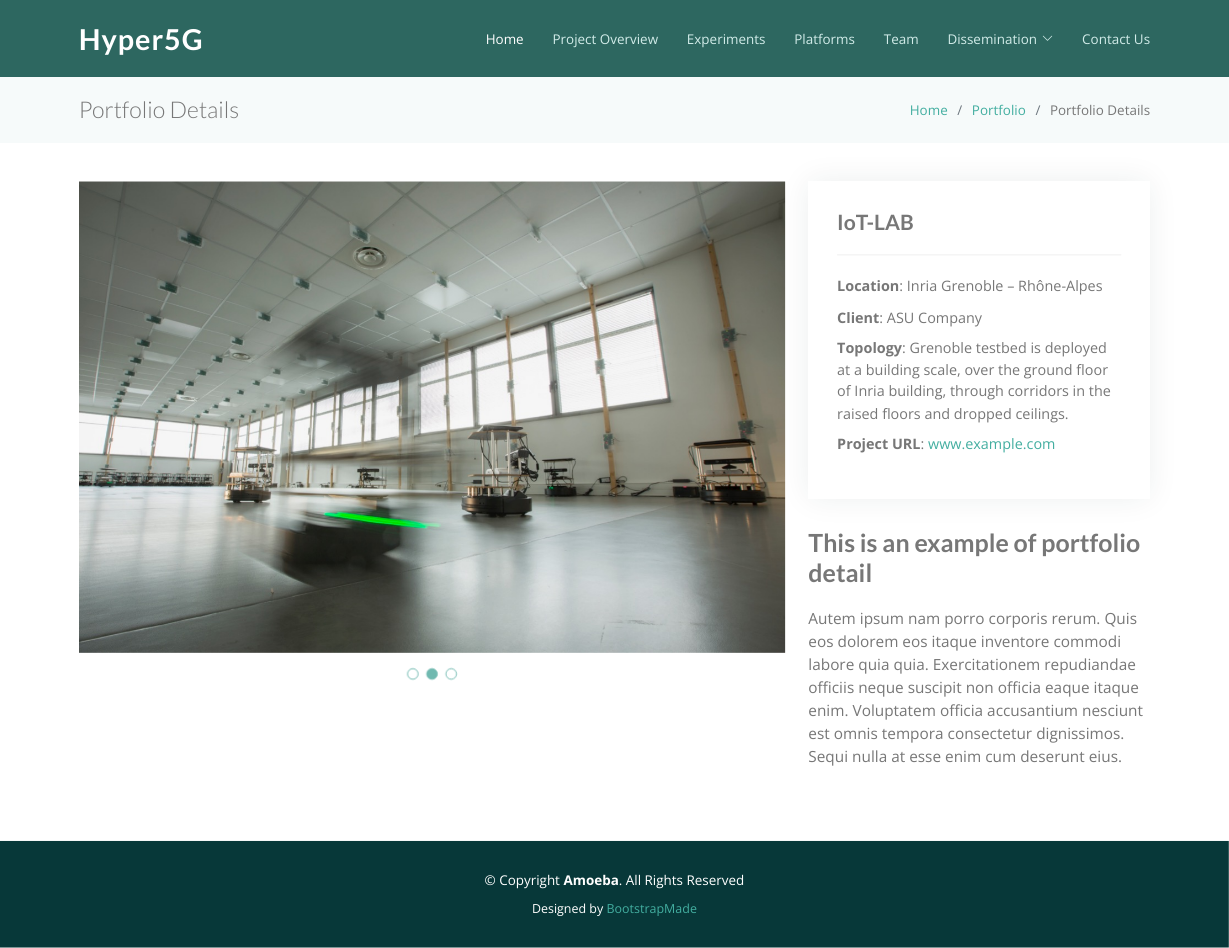
Repository: hakiri/Hyper5G
Page: portfolio-details.html
An editor plug-in stored every save of this project. The page is shown before and after the next save, followed by the edit.
The browser window is 1280 px wide. The pictures show the whole page, at 96% of full size.

Above is the page before, as saved 2022-07-23 15:27:48.

### portfolio-details.html
<!DOCTYPE html>
<html lang="en">

<head>
    <meta charset="utf-8">
    <meta content="width=device-width, initial-scale=1.0" name="viewport">

    <title>Hyper5G</title>
    <meta content="" name="description">
    <meta content="" name="keywords">

    <!-- Favicons -->
    <link href="assets/img/favicon.png" rel="icon">
    <link href="assets/img/apple-touch-icon.png" rel="apple-touch-icon">

    <!-- Google Fonts -->
    <link href="https://fonts.googleapis.com/css?family=Open+Sans:300,300i,400,400i,600,600i,700,700i|Lato:400,300,700,900" rel="stylesheet">

    <!-- Vendor CSS Files -->
    <link href="assets/vendor/bootstrap/css/bootstrap.min.css" rel="stylesheet">
    <link href="assets/vendor/bootstrap-icons/bootstrap-icons.css" rel="stylesheet">
    <link href="assets/vendor/glightbox/css/glightbox.min.css" rel="stylesheet">
    <link href="assets/vendor/swiper/swiper-bundle.min.css" rel="stylesheet">

    <!-- Template Main CSS File -->
    <link href="assets/css/style.css" rel="stylesheet">

    <!-- =======================================================
  * Template Name: Amoeba - v4.7.0
  * Template URL: https://bootstrapmade.com/free-one-page-bootstrap-template-amoeba/
  * Author: BootstrapMade.com
  * License: https://bootstrapmade.com/license/
  ======================================================== -->
</head>

<body>

    <!-- ======= Header ======= -->
    <header id="header" class="fixed-top d-flex align-items-center">
        <div class="container d-flex align-items-center">

            <div class="logo me-auto">
                <h1><a href="index.html">Hyper5G</a></h1>
                <!-- Uncomment below if you prefer to use an image logo -->
                <!-- <a href="index.html"><img src="assets/img/logo.png" alt="" class="img-fluid"></a>-->
            </div>

            <nav id="navbar" class="navbar">
                <ul>
                    <li><a class="nav-link scrollto active" href="#hero">Home</a></li>
                    <li><a class="nav-link scrollto" href="#about">Project Overview</a></li>
                    <li><a class="nav-link scrollto" href="#services">Experiments</a></li>
                    <li><a class="nav-link scrollto" href="#portfolio">Platforms</a></li>
                    <li><a class="nav-link scrollto" href="#team">Team</a></li>
                    <li class="dropdown"><a href="#"><span>Dissemination</span> <i class="bi bi-chevron-down"></i></a>
                        <ul>
                            <li><a href="#">Delivrables</a></li>
                            <!-- <li class="dropdown"><a href="#"><span>Deep Drop Down</span> <i class="bi bi-chevron-right"></i></a>
                                <ul>
                                    <li><a href="#">Deep Drop Down 1</a></li>
                                    <li><a href="#">Deep Drop Down 2</a></li>
                                    <li><a href="#">Deep Drop Down 3</a></li>
                                    <li><a href="#">Deep Drop Down 4</a></li>
                                    <li><a href="#">Deep Drop Down 5</a></li>
                                </ul>
                            </li> -->
                            <li><a href="#">Publications</a></li>
                            <li><a href="#">Multimedia</a></li>
                            <li><a href="#">Outreach</a></li>
                        </ul>
                    </li>
                    <li><a class="nav-link scrollto" href="#contact">Contact Us</a></li>
                </ul>
                <i class="bi bi-list mobile-nav-toggle"></i>
            </nav>
            <!-- .navbar -->

        </div>
    </header>
    <!-- End #header -->

    <main id="main">

        <!-- ======= Breadcrumbs ======= -->
        <section class="breadcrumbs">
            <div class="container">

                <div class="d-flex justify-content-between align-items-center">
                    <h2>Portfolio Details</h2>
                    <ol>
                        <li><a href="index.html">Home</a></li>
                        <li><a href="portfolio.html">Portfolio</a></li>
                        <li>Portfolio Details</li>
                    </ol>
                </div>

            </div>
        </section>
        <!-- Breadcrumbs -->

        <!-- ======= Portfolio Details Section ======= -->
        <section id="portfolio-details" class="portfolio-details">
            <div class="container">

                <div class="row gy-4">

                    <div class="col-lg-8">
                        <div class="portfolio-details-slider swiper">
                            <div class="swiper-wrapper align-items-center">

                                <div class="swiper-slide">
                                    <img src="assets/img/portfolio/fit-Grenoble.jpg" alt="">
                                </div>

                                <div class="swiper-slide">
                                    <img src="assets/img/portfolio/fit-lille-3.jpg" alt="">
                                </div>

                                <div class="swiper-slide">
                                    <img src="assets/img/portfolio/fit-rob-strasb.jpg" alt="">
                                </div>

                            </div>
                            <div class="swiper-pagination"></div>
                        </div>
                    </div>

                    <div class="col-lg-4">
                        <div class="portfolio-info">
                            <h3>IoT-LAB</h3>
                            <ul>
                                <li><strong>Location</strong>: Inria Grenoble – Rhône-Alpes</li>
                                <li><strong>Client</strong>: ASU Company</li>
                                <li><strong>Topology</strong>: Grenoble testbed is deployed at a building scale, over the ground floor of Inria building, through corridors in the raised floors and dropped ceilings.
                                </li>
                                <li><strong>Project URL</strong>: <a href="#">www.example.com</a></li>
                            </ul>
                        </div>
                        <div class="portfolio-description">
                            <h2>This is an example of portfolio detail</h2>
                            <p>
                                Autem ipsum nam porro corporis rerum. Quis eos dolorem eos itaque inventore commodi labore quia quia. Exercitationem repudiandae officiis neque suscipit non officia eaque itaque enim. Voluptatem officia accusantium nesciunt est omnis tempora consectetur
                                dignissimos. Sequi nulla at esse enim cum deserunt eius.
                            </p>
                        </div>
                    </div>

                </div>

            </div>
        </section>
        <!-- End Portfolio Details Section -->

    </main>
    <!-- End #main -->

    <!-- ======= Footer ======= -->
    <footer id="footer">
        <div class="container">
            <div class="copyright">
                &copy; Copyright <strong><span>Amoeba</span></strong>. All Rights Reserved
            </div>
            <div class="credits">
                <!-- All the links in the footer should remain intact. -->
                <!-- You can delete the links only if you purchased the pro version. -->
                <!-- Licensing information: https://bootstrapmade.com/license/ -->
                <!-- Purchase the pro version with working PHP/AJAX contact form: https://bootstrapmade.com/free-one-page-bootstrap-template-amoeba/ -->
                Designed by <a href="https://bootstrapmade.com/">BootstrapMade</a>
            </div>
        </div>
    </footer>
    <!-- End #footer -->

    <a href="#" class="back-to-top d-flex align-items-center justify-content-center"><i class="bi bi-arrow-up-short"></i></a>

    <!-- Vendor JS Files -->
    <script src="assets/vendor/bootstrap/js/bootstrap.bundle.min.js"></script>
    <script src="assets/vendor/glightbox/js/glightbox.min.js"></script>
    <script src="assets/vendor/isotope-layout/isotope.pkgd.min.js"></script>
    <script src="assets/vendor/swiper/swiper-bundle.min.js"></script>
    <script src="assets/vendor/php-email-form/validate.js"></script>

    <!-- Template Main JS File -->
    <script src="assets/js/main.js"></script>

</body>

</html>

Loaded but not shown: assets/vendor/bootstrap/css/bootstrap.min.css (library); assets/vendor/bootstrap-icons/bootstrap-icons.css (library); assets/vendor/glightbox/css/glightbox.min.css (library); assets/vendor/swiper/swiper-bundle.min.css (library); assets/vendor/bootstrap/js/bootstrap.bundle.min.js (library); assets/vendor/glightbox/js/glightbox.min.js (library); assets/vendor/isotope-layout/isotope.pkgd.min.js (library); assets/vendor/swiper/swiper-bundle.min.js (library); assets/vendor/php-email-form/validate.js (common file); assets/js/main.js (212 lines, source omitted); assets/css/style.css (906 lines, source omitted)

After the next save:
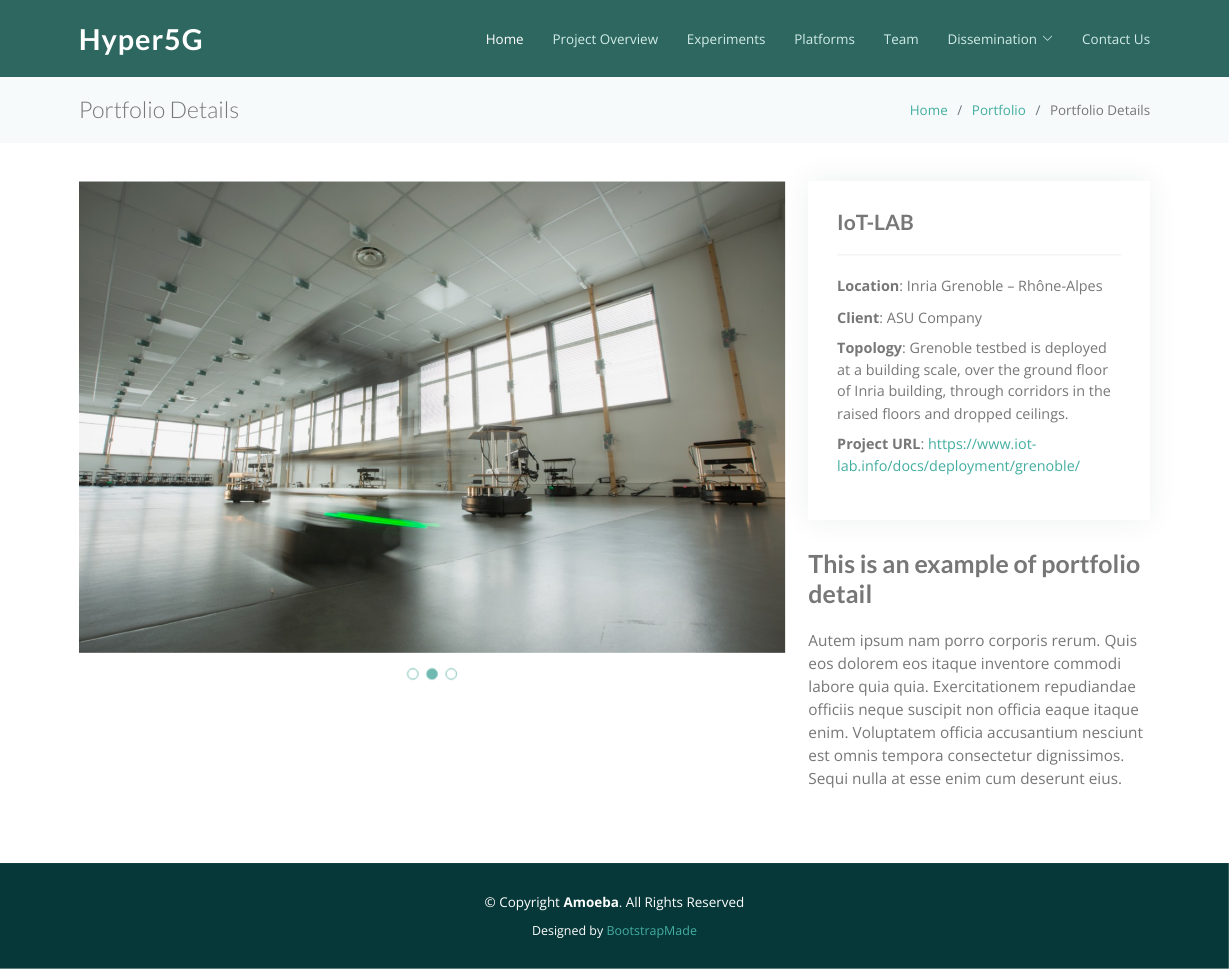
Saved 11 s later.
--- a/portfolio-details.html
+++ b/portfolio-details.html
@@ -133,7 +133,7 @@
                                 <li><strong>Client</strong>: ASU Company</li>
                                 <li><strong>Topology</strong>: Grenoble testbed is deployed at a building scale, over the ground floor of Inria building, through corridors in the raised floors and dropped ceilings.
                                 </li>
-                                <li><strong>Project URL</strong>: <a href="#">www.example.com</a></li>
+                                <li><strong>Project URL</strong>: <a href="#">https://www.iot-lab.info/docs/deployment/grenoble/</a></li>
                             </ul>
                         </div>
                         <div class="portfolio-description">
